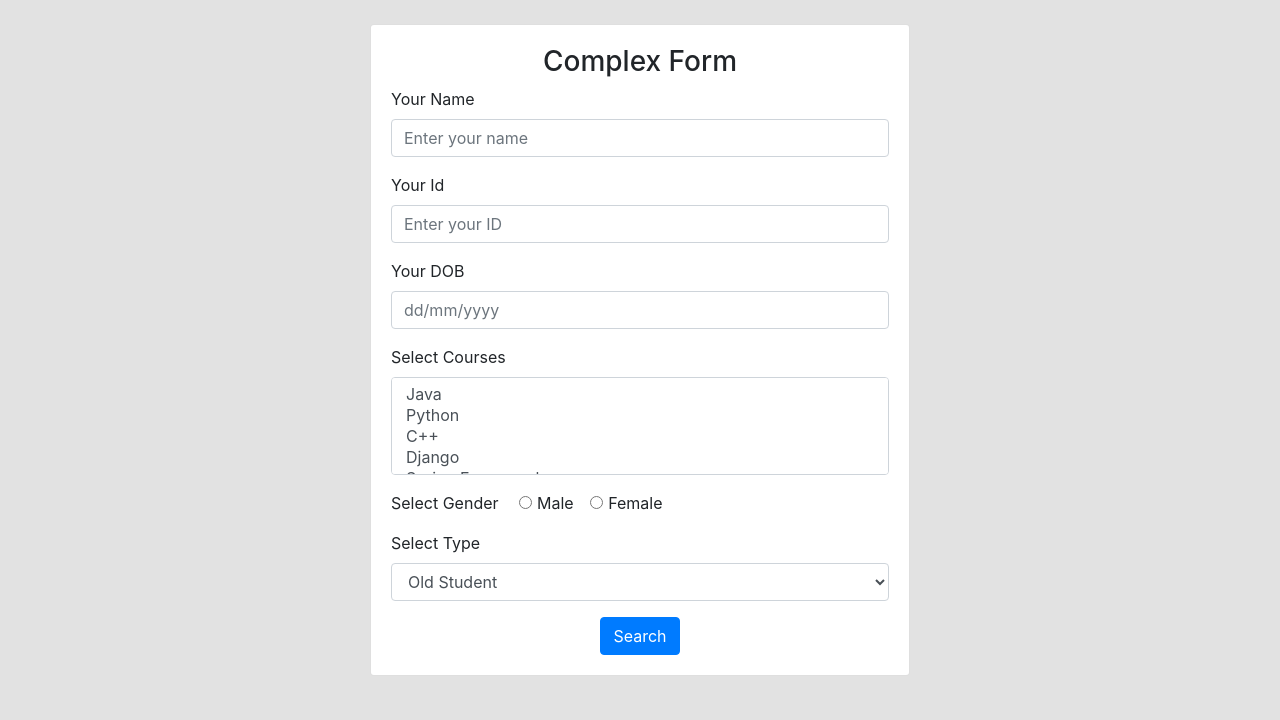
Repository: GovindParve/spring_mvc_maven_search_project
Page: http://localhost/springmvcsearch/complex
The author's editor kept a copy of each file at every save. The page is drawn from the files as they stood at one save, then again after the next save.
The browser window is 1280 px wide. The pictures show the whole page.
Some web libraries are served in a nearby version. The page is served by Tomcat 9. Other server files are loaded and not shown.

Above is the page before, as saved 2023-06-18 10:02:43.

### springmvcsearch/src/main/webapp/WEB-INF/spring-servlet.xml
<?xml version="1.0" encoding="UTF-8"?>

<!-- Configuration file -->

<beans xmlns="http://www.springframework.org/schema/beans"
	xmlns:xsi="http://www.w3.org/2001/XMLSchema-instance"
	xmlns:context="http://www.springframework.org/schema/context"
	xmlns:p="http://www.springframework.org/schema/p"
	xmlns:tx="http://www.springframework.org/schema/tx"
    xsi:schemaLocation="
        http://www.springframework.org/schema/beans
        http://www.springframework.org/schema/beans/spring-beans.xsd
        http://www.springframework.org/schema/context
        http://www.springframework.org/schema/context/spring-context.xsd
        http://www.springframework.org/schema/tx
        http://www.springframework.org/schema/tx/spring-tx.xsd
        ">


	<context:component-scan base-package="springmvcsearch"></context:component-scan>


	<bean
		 class="org.springframework.web.servlet.view.InternalResourceViewResolver"
		 name="viewResolver">
		<property name="prefix" value="/WEB-INF/views/" />
		<property name="suffix" value=".jsp" />

	</bean>



</beans>

### springmvcsearch/src/main/webapp/WEB-INF/views/complex_form.jsp
<!doctype html>
<html lang="en">
  <head>
    <!-- Required meta tags -->
    <meta charset="utf-8">
    <meta name="viewport" content="width=device-width, initial-scale=1, shrink-to-fit=no">

    <!-- Bootstrap CSS -->
    <link rel="stylesheet"
    	 href="https://cdn.jsdelivr.net/npm/bootstrap@4.0.0/dist/css/bootstrap.min.css"
    	 integrity="sha384-Gn5384xqQ1aoWXA+058RXPxPg6fy4IWvTNh0E263XmFcJlSAwiGgFAW/dAiS6JXm"
    	 crossorigin="anonymous">

    <title>Hello, world!</title>
  </head>
  <body class="" style="background: #e2e2e2;">
    <div class="container mt-4">
    	<div class="row">
    		<div class="col-md-6 offset-md-3">
    			<div class="card">
    				<div class="card-body">
    					<h3 class="text-center">Complex Form</h3>
    					<form action="handleform" method="post">
    						<div class="form-group">
    							<label for="name">Your Name</label>
    							<input type="text" id="name" name="name" placeholder="Enter your name" class="form-control" >
    						</div>
    						<div class="form-group">
    							<label for="id">Your Id</label>
    							<input type="text" id="id" name="id" placeholder="Enter your ID" class="form-control" >
    						</div>
    						<div class="form-group">
    							<label for="dob">Your DOB</label>
    							<input type="text" id="dob" name="dob" placeholder="dd/mm/yyyy" class="form-control" >
    						</div>
    						<div class="form-group">
    							<label for="selectCourses">Select Courses</label>
    							<select id="courses" name="courses" class="form-control" multiple="multiple">
    								<option>Java</option>
    								<option>Python</option>
    								<option>C++</option>
    								<option>Django</option>
    								<option>Spring Framework</option>
    							</select>
    						</div>
    						<div class="form-group">
    							<span class="mr-3">Select Gender</span>
    							<div class="form-check form-check-inline">
    								<input class="form-check-input" type="radio" id="inlineRadio1" name="gender" value="male">
    								<label class="form-check-label" for="inlineRadio1">Male</label>
    							</div>
    							<div class="form-check form-check-inline">
    								<input class="form-check-input" type="radio" id="inlineRadio2" name="gender" value="female">
    								<label class="form-check-label" for="inlineRadio2">Female</label>
    							</div>
    						</div>
    						<div class="form-group">
    							<label for="">Select Type</label>
    							<select id="type" name="type" class="form-control">
    								<option value="oldstudent">Old Student</option>
    								<option value="normalstudent">Normal Student</option>
    							</select>
    						</div>
    						<div class="container text-center">
    							<button type="submit" class="btn btn-primary">Search</button>
    						</div>
    					</form>
    				</div>
    			</div>
    		</div>
    	</div>
    </div>

    <!-- Optional JavaScript -->
    <!-- jQuery first, then Popper.js, then Bootstrap JS -->
    <script src="https://code.jquery.com/jquery-3.2.1.slim.min.js" integrity="sha384-KJ3o2DKtIkvYIK3UENzmM7KCkRr/rE9/Qpg6aAZGJwFDMVNA/GpGFF93hXpG5KkN" crossorigin="anonymous"></script>
    <script src="https://cdn.jsdelivr.net/npm/popper.js@1.12.9/dist/umd/popper.min.js" integrity="sha384-ApNbgh9B+Y1QKtv3Rn7W3mgPxhU9K/ScQsAP7hUibX39j7fakFPskvXusvfa0b4Q" crossorigin="anonymous"></script>
    <script src="https://cdn.jsdelivr.net/npm/bootstrap@4.0.0/dist/js/bootstrap.min.js" integrity="sha384-JZR6Spejh4U02d8jOt6vLEHfe/JQGiRRSQQxSfFWpi1MquVdAyjUar5+76PVCmYl" crossorigin="anonymous"></script>
  </body>
</html>

### springmvcsearch/src/main/java/springmvcsearch/FormControler.java
package springmvcsearch;

import org.springframework.stereotype.Controller;
import org.springframework.ui.Model;
import org.springframework.web.bind.annotation.ModelAttribute;
import org.springframework.web.bind.annotation.RequestMapping;
import org.springframework.web.bind.annotation.RequestMethod;
import org.springframework.web.bind.annotation.RequestParam;

@Controller
public class FormControler {

	@RequestMapping("/complex")
	public String showForm() {
		return "complex_form";
	}


	@RequestMapping(path="/handleform", method = RequestMethod.POST)
	public String formHandler(@ModelAttribute("student") Student student) {
		System.out.println(student);
		return "success";
	}

	@RequestMapping("/success")
	public String success() {
		return "success";
	}




}

### springmvcsearch/src/main/java/springmvcsearch/SearchController.java
package springmvcsearch;

import org.springframework.stereotype.Controller;
import org.springframework.web.bind.annotation.RequestMapping;
import org.springframework.web.bind.annotation.RequestParam;
import org.springframework.web.servlet.view.RedirectView;

@Controller
public class SearchController {


	@RequestMapping("/home")
	public String home()
	{
		System.out.println("going to home");
		return "home";
	}


	@RequestMapping("/search")
	public RedirectView search(@RequestParam("querybox") String query) {


		RedirectView redirectView = new RedirectView();

		if(query.isEmpty()) {
			System.out.println("Query is empty");
			redirectView.setUrl("home");
			return redirectView;
		}

		String url = "https://www.google.com/search?q="+query;


		redirectView.setUrl(url);

		return redirectView;

	}

}

### springmvcsearch/src/main/java/springmvcsearch/Student.java
package springmvcsearch;

import java.util.Date;
import java.util.List;

import org.springframework.format.annotation.DateTimeFormat;

public class Student {

	private String name;
	private Long id;
	@DateTimeFormat(pattern="dd/MM/yyy")
	private Date dob;
	private List<String> courses;
	private String gender;
	private String type;

	private Address address;

	public String getName() {
		return name;
	}
	public void setName(String name) {
		this.name = name;
	}
	public Long getId() {
		return id;
	}
	public void setId(Long id) {
		this.id = id;
	}
	public Date getDob() {
		return dob;
	}
	public void setDob(Date dob) {
		this.dob = dob;
	}
	public List<String> getCourses() {
		return courses;
	}
	public void setCourses(List<String> courses) {
		this.courses = courses;
	}
	public String getGender() {
		return gender;
	}
	public void setGender(String gender) {
		this.gender = gender;
	}
	public String getType() {
		return type;
	}
	public void setType(String type) {
		this.type = type;
	}
	@Override
	public String toString() {
		return "Student [name=" + name + ", id=" + id + ", dob=" + dob + ", courses=" + courses + ", gender=" + gender
				+ ", type=" + type + "]";
	}

}

After the next save:
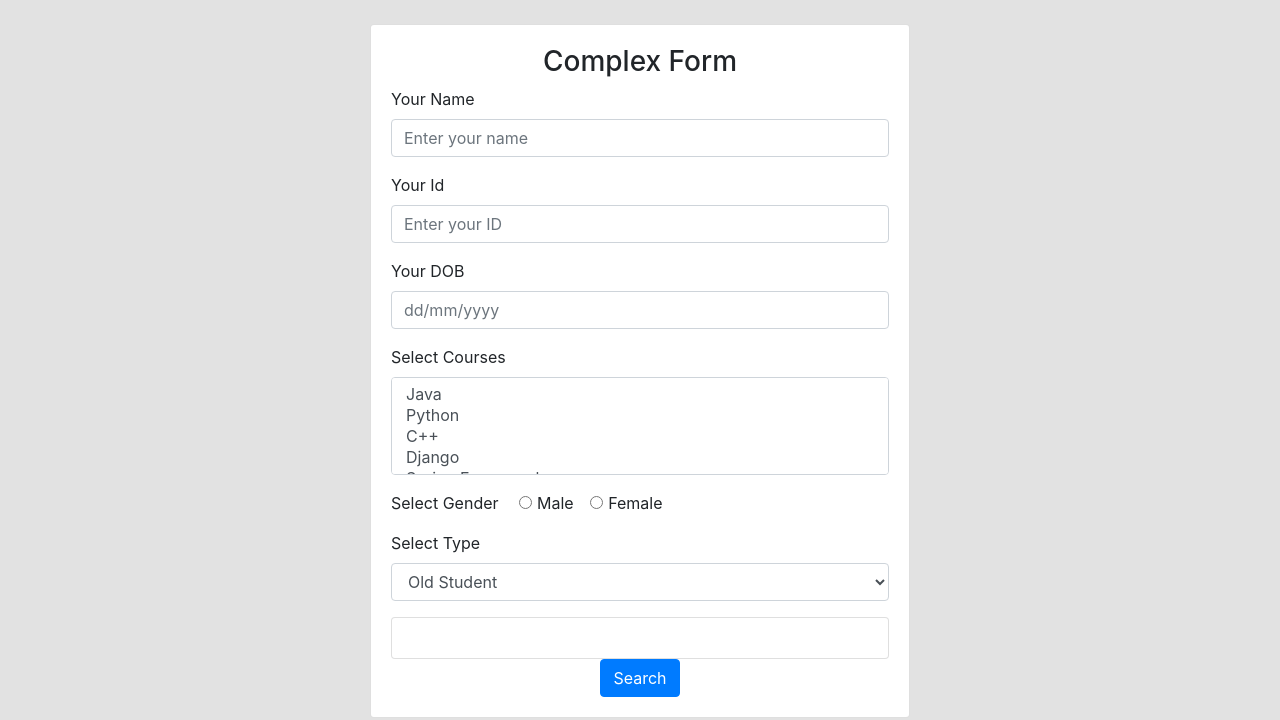
Saved 88 s later.
--- a/springmvcsearch/src/main/webapp/WEB-INF/views/complex_form.jsp
+++ b/springmvcsearch/src/main/webapp/WEB-INF/views/complex_form.jsp
@@ -61,6 +61,10 @@
     								<option value="normalstudent">Normal Student</option>
     							</select>
     						</div>
+    						<div class="card">
+    							<div class="card-body">
+    							</div>
+    						</div>
     						<div class="container text-center">
     							<button type="submit" class="btn btn-primary">Search</button>
     						</div>
